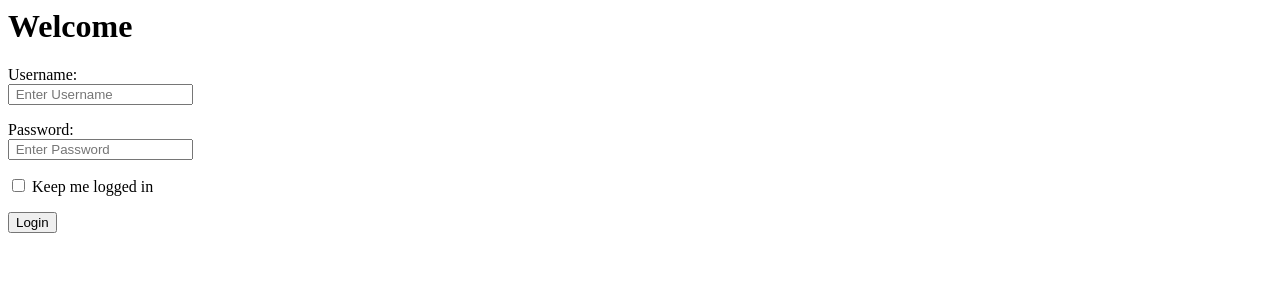
Repository: varshaumeshhs55/ServletProject
Page: LoginRegistrationApp/WebContent/index.html
The author's editor kept a copy of each file at every save. The page is drawn from the files as they stood at one save, then again after the next save.
The browser window is 1280 px wide. The pictures show the whole page.

Above is the page before, as saved 2019-01-22 10:12:14.

After the next save:
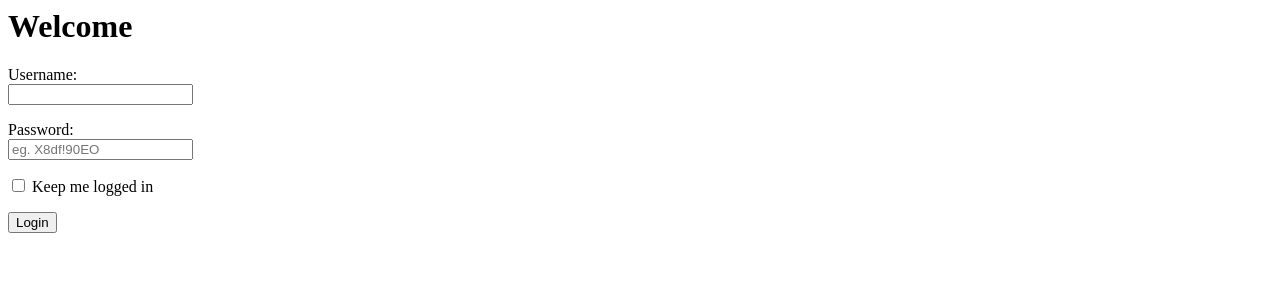
Saved 2 min 13 s later.
--- a/LoginRegistrationApp/WebContent/index.html
+++ b/LoginRegistrationApp/WebContent/index.html
@@ -4,22 +4,23 @@
 </head>
 <body>
 	<form action="login" method="post">
-	<p>
-	<label for="username">Username:</label><br>
-    <input type="text" name="username" placeholder=" Enter Username"><br>
-    </p>
-    <p>
-		 <label for="password">Password:</label><br>
-		 <input type="password" name="password" placeholder=" Enter Password"><br>
+		<p>
+			<label for="username">Username:</label><br> <input type="text"
+				name="username" placeholder=" " myusername ormymail@mail.com""><br>
+		</p>
+		<p>
+			<label for="password">Password:</label><br> <input
+				type="password" name="password" placeholder="eg. X8df!90EO"><br>
 
-	</p>
+		</p>
 		<p>
-					<input type="checkbox" name="loginkeeping" id="loginkeeping" value="loginkeeping" />
-					<label for="loginkeeping">Keep me logged in</label>
-				</p>
-				<p>
-					<input type="submit" value="Login" />
-				</p>
+			<input type="checkbox" name="loginkeeping" id="loginkeeping"
+				value="loginkeeping" /> <label for="loginkeeping">Keep me
+				logged in</label>
+		</p>
+		<p>
+			<input type="submit" value="Login" />
+		</p>
 	</form>
 </body>
 </html>
